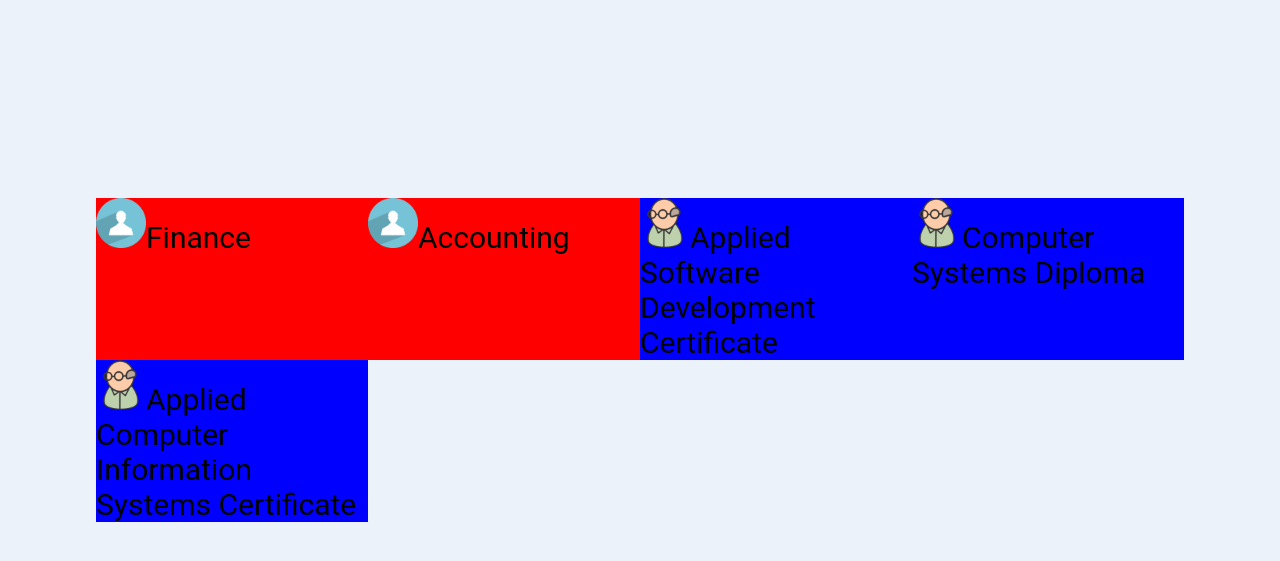
Repository: NeemaToto/mdia2109week3
Page: /
The author's editor kept a copy of each file at every save. The page is drawn from the files as they stood at one save, then again after a run of saves.
The browser window is 1280 px wide. The pictures show the whole page.
The project was rebuilt for these pictures with package versions that can differ from the ones it lists, and the page was loaded fresh each time. The framework's server and built-in components were replaced by stand-ins that run in the browser. Also part of the build but not shown: next.config.js.

Above is the page before, as saved 2023-01-19 12:20:34.

### pages/index.js
import Head from 'next/head'
import Image from 'next/image'
import { Inter } from '@next/font/google'
import styles from '@/styles/Home.module.css'
import data from '../data/education.json'
import { useState } from 'react'
import Card from '../components/card'
import Link from 'next/link'

const inter = Inter({ subsets: ['latin'] })

export default function Home() {
  console.log(data);
  const [information, setInformation] = useState([...data]);

  return (
    <>
      <Head>
        <title>Departments of School</title>
        <meta name="description" content="Generated by create next app" />
        <meta name="viewport" content="width=device-width, initial-scale=1" />
        <link rel="icon" href="/degree-icon.png"/>
      </Head>
      <main className={styles.main}>




        <div className={styles.grid}>

          {
            information && information.map((info, index) => {
              if (info.department === "Business") {
                return (

                  <Card key={index} degree={info.degree} colour="red" font="30px" />
                )
              }
            })
          }

          {
            information && information.map((info, index) => {
              <div>Computer Degrees:</div>
              if (info.department === "Computing") {
                return (
                  <Card key={index} degree={info.degree} colour="blue" font="30px" />
                )
              }
            })
          }
        </div>
      </main>
    </>
  )
}

### styles/Home.module.css
.main {
  display: flex;
  flex-direction: row;
  justify-content: center;
  align-items: center;
  padding: 6rem;
  min-height: 100vh;
  background-color: #ebf2fa;
}

.description {
  display: inherit;
  justify-content: inherit;
  align-items: inherit;
  font-size: 0.85rem;
  max-width: var(--max-width);
  width: 100%;
  z-index: 2;
  font-family: var(--font-mono);
}

.description a {
  display: flex;
  justify-content: center;
  align-items: center;
  gap: 0.5rem;
}

.description p {
  position: relative;
  margin: 0;
  padding: 1rem;
  background-color: rgba(var(--callout-rgb), 0.5);
  border: 1px solid rgba(var(--callout-border-rgb), 0.3);
  border-radius: var(--border-radius);
}

.code {
  font-weight: 700;
  font-family: var(--font-mono);
}

.grid {
  display: grid;
  grid-template-columns: repeat(4, minmax(25%, auto));
  width: var(--max-width);
  max-width: 100%;
  font-family: 'roboto';
}

.card {
  padding: 1rem 1.2rem;
  border-radius: var(--border-radius);
  background: rgba(var(--card-rgb), 0);
  border: 1px solid rgba(var(--card-border-rgb), 0);
  transition: background 200ms, border 200ms;
}

.card span {
  display: inline-block;
  transition: transform 200ms;
}

.card h2 {
  font-weight: 600;
  margin-bottom: 0.7rem;
}

.card p {
  margin: 0;
  opacity: 0.6;
  font-size: 0.9rem;
  line-height: 1.5;
  max-width: 30ch;
}

.center {
  display: flex;
  justify-content: center;
  align-items: center;
  position: relative;
  padding: 4rem 0;
}

.center::before {
  background: var(--secondary-glow);
  border-radius: 50%;
  width: 480px;
  height: 360px;
  margin-left: -400px;
}

.center::after {
  background: var(--primary-glow);
  width: 240px;
  height: 180px;
  z-index: -1;
}

.center::before,
.center::after {
  content: '';
  left: 50%;
  position: absolute;
  filter: blur(45px);
  transform: translateZ(0);
}

.logo,
.thirteen {
  position: relative;
}

.thirteen {
  display: flex;
  justify-content: center;
  align-items: center;
  width: 75px;
  height: 75px;
  padding: 25px 10px;
  margin-left: 16px;
  transform: translateZ(0);
  border-radius: var(--border-radius);
  overflow: hidden;
  box-shadow: 0px 2px 8px -1px #0000001a;
}

.thirteen::before,
.thirteen::after {
  content: '';
  position: absolute;
  z-index: -1;
}

/* Conic Gradient Animation */
.thirteen::before {
  animation: 6s rotate linear infinite;
  width: 200%;
  height: 200%;
  background: var(--tile-border);
}

/* Inner Square */
.thirteen::after {
  inset: 0;
  padding: 1px;
  border-radius: var(--border-radius);
  background: linear-gradient(
    to bottom right,
    rgba(var(--tile-start-rgb), 1),
    rgba(var(--tile-end-rgb), 1)
  );
  background-clip: content-box;
}

/* Enable hover only on non-touch devices */
@media (hover: hover) and (pointer: fine) {
  .card:hover {
    background: rgba(var(--card-rgb), 0.1);
    border: 1px solid rgba(var(--card-border-rgb), 0.15);
  }

  .card:hover span {
    transform: translateX(4px);
  }
}

@media (prefers-reduced-motion) {
  .thirteen::before {
    animation: none;
  }

  .card:hover span {
    transform: none;
  }
}

/* Mobile */
@media (max-width: 700px) {
  .content {
    padding: 4rem;
  }

  .grid {
    grid-template-columns: 1fr;
    margin-bottom: 120px;
    max-width: 320px;
    text-align: center;
  }

  .card {
    padding: 1rem 2.5rem;
  }

  .card h2 {
    margin-bottom: 0.5rem;
  }

  .center {
    padding: 8rem 0 6rem;
  }

  .center::before {
    transform: none;
    height: 300px;
  }

  .description {
    font-size: 0.8rem;
  }

  .description a {
    padding: 1rem;
  }

  .description p,
  .description div {
    display: flex;
    justify-content: center;
    position: fixed;
    width: 100%;
  }

  .description p {
    align-items: center;
    inset: 0 0 auto;
    padding: 2rem 1rem 1.4rem;
    border-radius: 0;
    border: none;
    border-bottom: 1px solid rgba(var(--callout-border-rgb), 0.25);
    background: linear-gradient(
      to bottom,
      rgba(var(--background-start-rgb), 1),
      rgba(var(--callout-rgb), 0.5)
    );
    background-clip: padding-box;
    backdrop-filter: blur(24px);
  }

  .description div {
    align-items: flex-end;
    pointer-events: none;
    inset: auto 0 0;
    padding: 2rem;
    height: 200px;
    background: linear-gradient(
      to bottom,
      transparent 0%,
      rgb(var(--background-end-rgb)) 40%
    );
    z-index: 1;
  }
}

/* Tablet and Smaller Desktop */
@media (min-width: 701px) and (max-width: 1120px) {
  .grid {
    grid-template-columns: repeat(2, 50%);
  }
}

@media (prefers-color-scheme: dark) {
  .vercelLogo {
    filter: invert(1);
  }

  .logo,
  .thirteen img {
    filter: invert(1) drop-shadow(0 0 0.3rem #ffffff70);
  }
}

@keyframes rotate {
  from {
    transform: rotate(360deg);
  }
  to {
    transform: rotate(0deg);
  }
}

### data/education.json
[
        {
            "studentNumber": "A0004567",
            "firstName": "Person 1",
            "gpa": 3.8,
            "department": "Business",
            "degree": "Finance",
            "graduted": 2014
        },
        {
            "studentNumber": "A0001234",
            "firstName": "Person 2",
            "gpa": 3.5,
            "department": "Business",
            "degree": "Accounting",
            "graduted": 2010
        },
        {
            "studentNumber": "A0007890",
            "firstName": "Person 3",
            "gpa": 3.2,
            "department": "Computing",
            "degree": "Applied Software Development Certificate",
            "graduted": 2018
        },
        {
            "studentNumber": "A0007828",
            "firstName": "Person 4",
            "gpa": 3.9,
            "department": "Computing",
            "degree": "Computer Systems Diploma",
            "graduted": 2021
        },
        {
            "studentNumber": "A0003425",
            "firstName": "Person 5",
            "gpa": 3.2,
            "department": "Computing",
            "degree": "Applied Computer Information Systems Certificate",
            "graduted": 2021
        }
]

### components/card/index.js
export default function Card({
    degree = "none",
    colour = "purple",
    font = 0,
    image = 'icon/personTwo.png'
}){
    return(
        <div style={{backgroundColor: colour, fontSize: font}}>
            {
                colour === "red" ? <img src={'icon/person.png'} width="50"/> :
                colour === "blue" ? <img src={'icon/personThree.png'} width="50"/> :
                                    <img src={image} width="50"/>
            }
            {degree}
        </div>
    )
}

Loaded but not shown: pages/_app.js (common file); pages/_document.js (common file); styles/globals.css (common file)

After the next 7 saves:
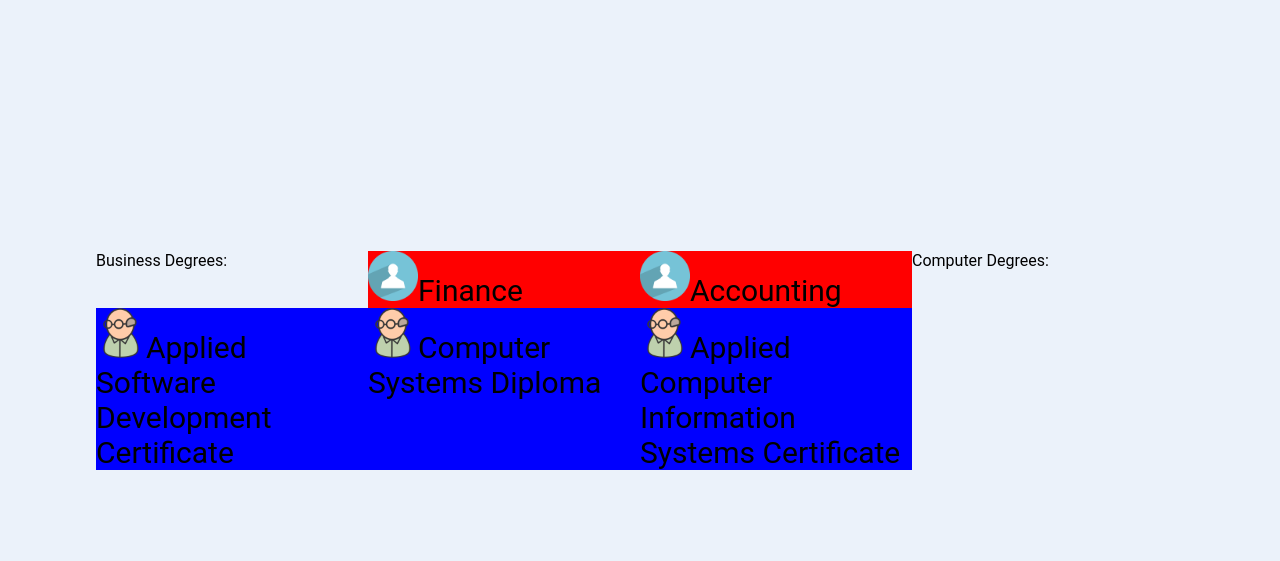
The 7 saves are shown as one change because they came seconds apart.
The last was saved 42 s later.
--- a/pages/index.js
+++ b/pages/index.js
@@ -22,23 +22,18 @@
         <link rel="icon" href="/degree-icon.png"/>
       </Head>
       <main className={styles.main}>
-
-
-
-
         <div className={styles.grid}>
-
+          <div>Business Degrees:</div>
           {
             information && information.map((info, index) => {
               if (info.department === "Business") {
                 return (
-
                   <Card key={index} degree={info.degree} colour="red" font="30px" />
                 )
               }
             })
           }
-
+          <div>Computer Degrees:</div>
           {
             information && information.map((info, index) => {
               <div>Computer Degrees:</div>
